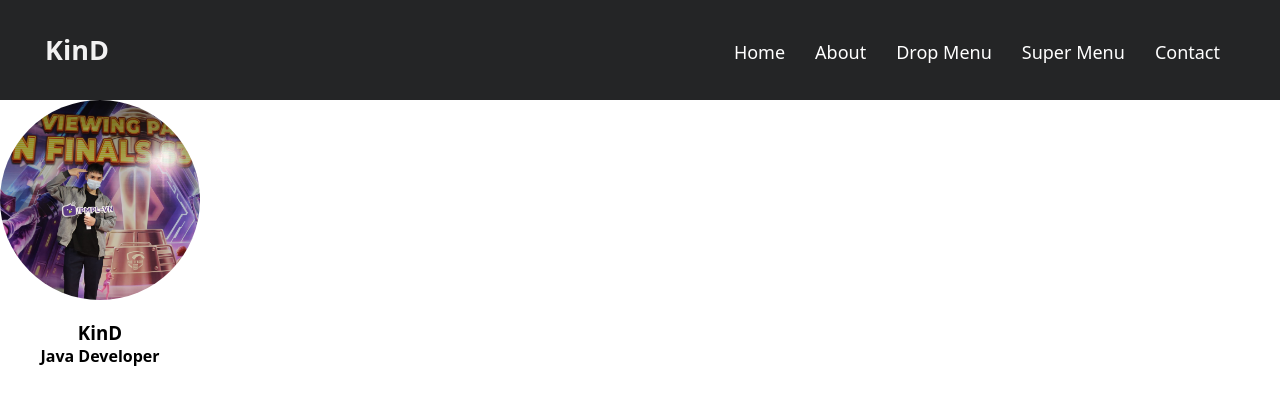
Repository: KinD2704/Web-University
Page: buổi 5/profile.html
The author's editor kept a copy of each file at every save. The page is drawn from the files as they stood at one save, then again after the next save.
The browser window is 1280 px wide. The pictures show the whole page.

Above is the page before, as saved 2023-12-30 00:01:42.

After the next save:
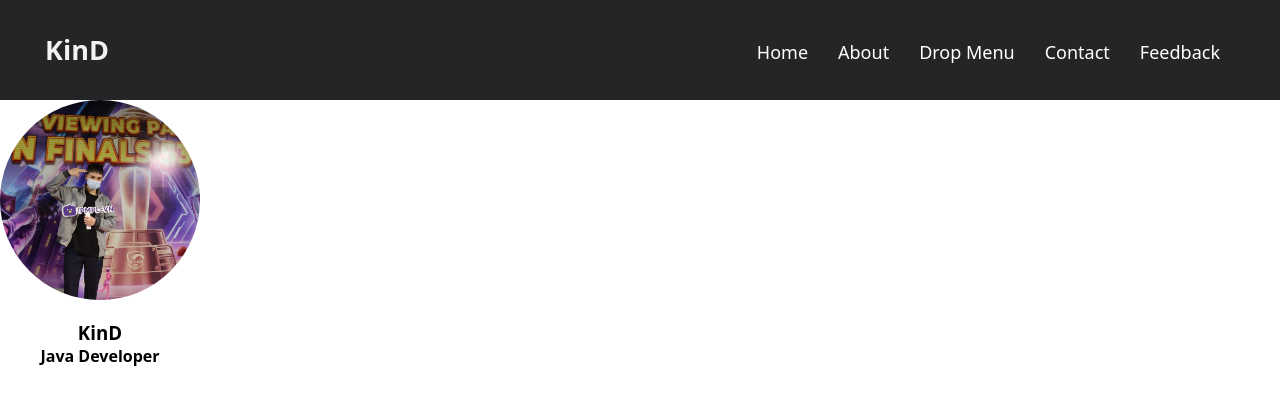
Saved 33 s later.
--- a/buổi 5/profile.html
+++ b/buổi 5/profile.html
@@ -15,12 +15,6 @@
                 <ul class="nav-links">
                     <li>
                         <a href="#">Home</a>
-                        <ul class="drop-menu">
-                            <li><a href="#">Drop menu 1</a></li>
-                            <li><a href="#">Drop menu 2</a></li>
-                            <li><a href="#">Drop menu 3</a></li>
-                            <li><a href="#">Drop menu 4</a></li>
-                        </ul>
                     </li>
                     <li><a href="#">About</a></li>
                     <li>
@@ -32,8 +26,8 @@
                             <li><a href="#">Drop menu 4</a></li>
                         </ul>
                     </li>
-                    <li><a href="#">Super Menu</a></li>
                     <li><a href="#">Contact</a></li>
+                    <li><a href="#">Feedback</a></li>
                 </ul>
             </div>
         </nav>
